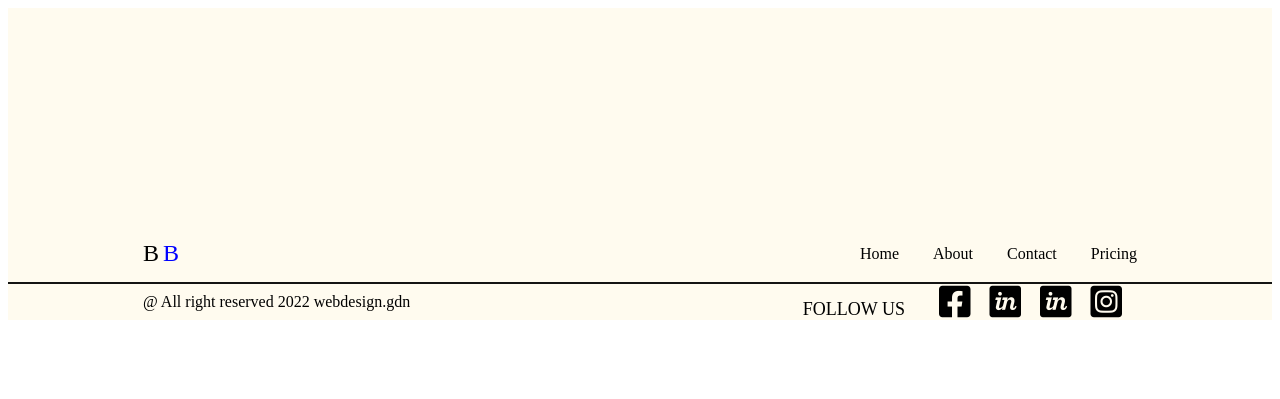
Repository: ngocphuocha/4lifeteam-marketing-agency
Page: index.html
The author's editor kept a copy of each file at every save. The page is drawn from the files as they stood at one save, then again after the next save.
The browser window is 1280 px wide. The pictures show the whole page.

Above is the page before, as saved 2023-03-13 17:38:49.

After the next save:
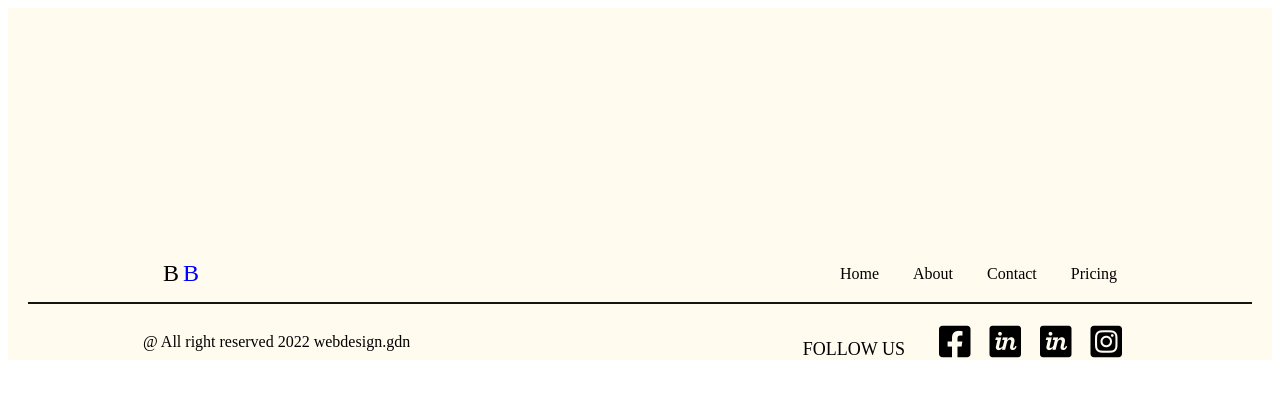
Saved 8 s later.
--- a/css/footer-service.css
+++ b/css/footer-service.css
@@ -11,7 +11,7 @@
     padding: 0px 135px 15px;
     border-bottom: 2px solid rgba(5, 5, 5, 0.938);
     /* margin-bottom: 20px; */
-    margin: 0px;
+    margin: 20px;
   }
 
   .background-footer .container .footer-left .span-1{
